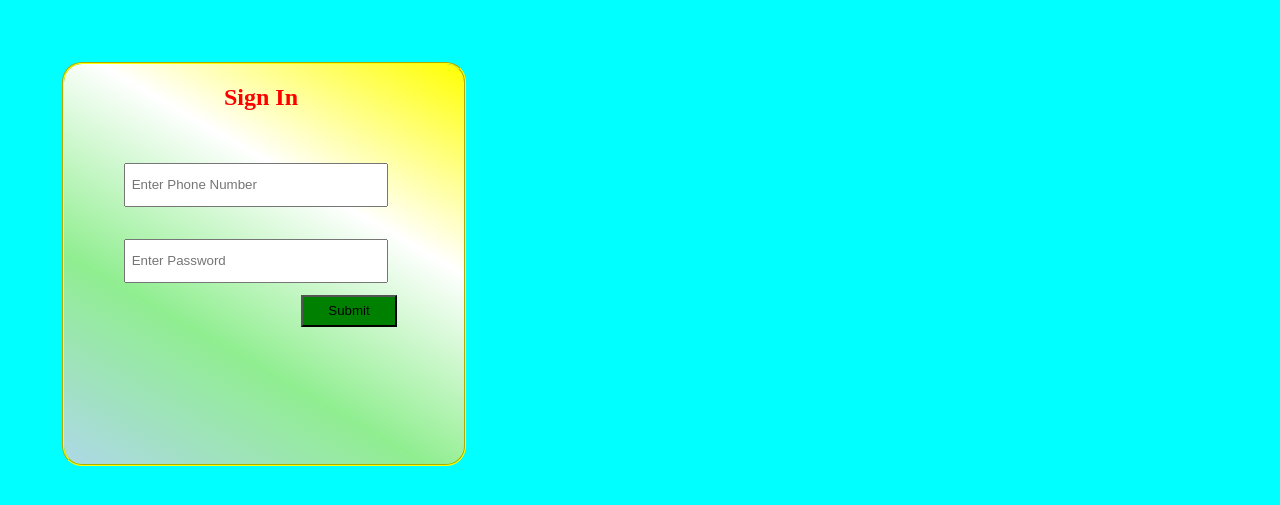
Repository: Amani-Kibet/express-app-web
Page: public/Card.html
The author's editor kept a copy of each file at every save. The page is drawn from the files as they stood at one save, then again after the next save.
The browser window is 1280 px wide. The pictures show the whole page.

Above is the page before, as saved 2025-09-25 21:24:21.

### public/Card.html
<!DOCTYPE html>
<head>
  <title> Login Page</title>
  <style>
  #board{
    background: linear-gradient(30deg, lightblue, lightgreen, white, yellow);
    width: 25rem;
    height: 25rem;
    border-radius: 18px;
    outline: 2px groove yellow;
    position: absolute;
    top: 4rem;
    left: 4rem;
  }
  h2{
    color: red;
    position: relative;
    left: 10rem
  }
  .inputs{
    width: 16rem;
    height: 38px;
    position: relative;
    left: 60px;
    margin-top: 2rem;
  }
  #submit{
    background: green;
    position: relative;
    width: 6rem;
    height: 2rem;
    top: 50px;
    right: 40px;
  }
  </style>
</head>
<body bgColor="cyan">
  <div id="board">
    <h2>Sign In</h2>
    <input type="number" class="inputs" id="phoneI" placeholder=" Enter Phone Number">
    <input type="password" class="inputs" id="passI" placeholder=" Enter Password">
    <<button id="submit">Submit</button>
  </div>
</body>
<script>
  let input1= document.getElementById("input1");
  let btn1= document.getElementById("btn1");

  function f1(){
    let file= input1.files[0];
    let env= new FormData();
    env.append("image", file)

    fetch("http://localhost:3000/path1", {
      method: "POST",
      body: env
    })
  }


</script>
</html>

After the next save:
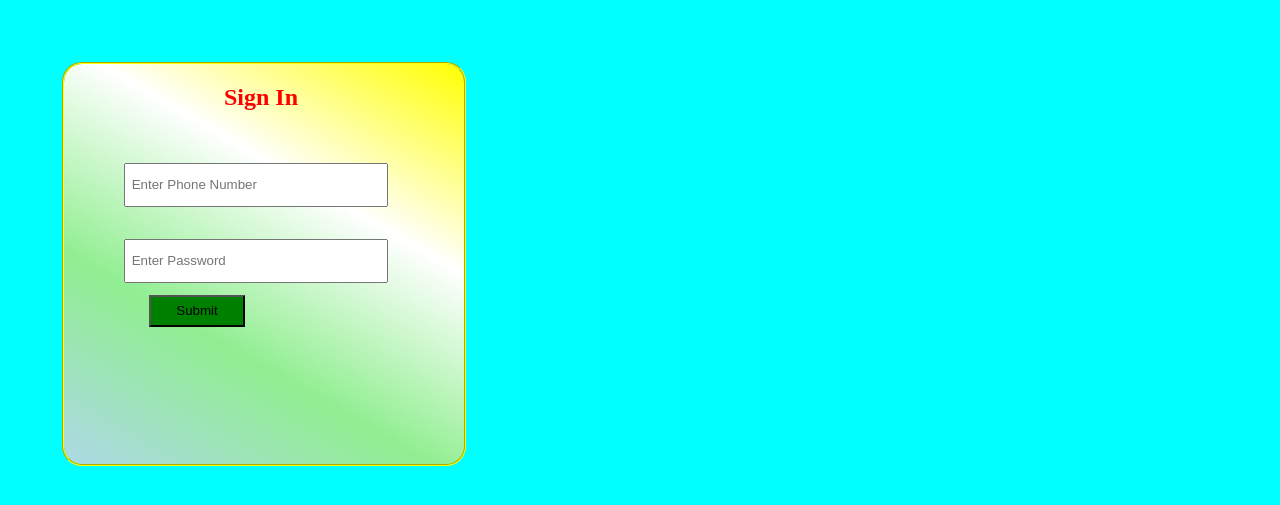
Saved 12 s later.
--- a/public/Card.html
+++ b/public/Card.html
@@ -30,7 +30,7 @@
     width: 6rem;
     height: 2rem;
     top: 50px;
-    right: 40px;
+    right: 12rem;
   }
   </style>
 </head>
